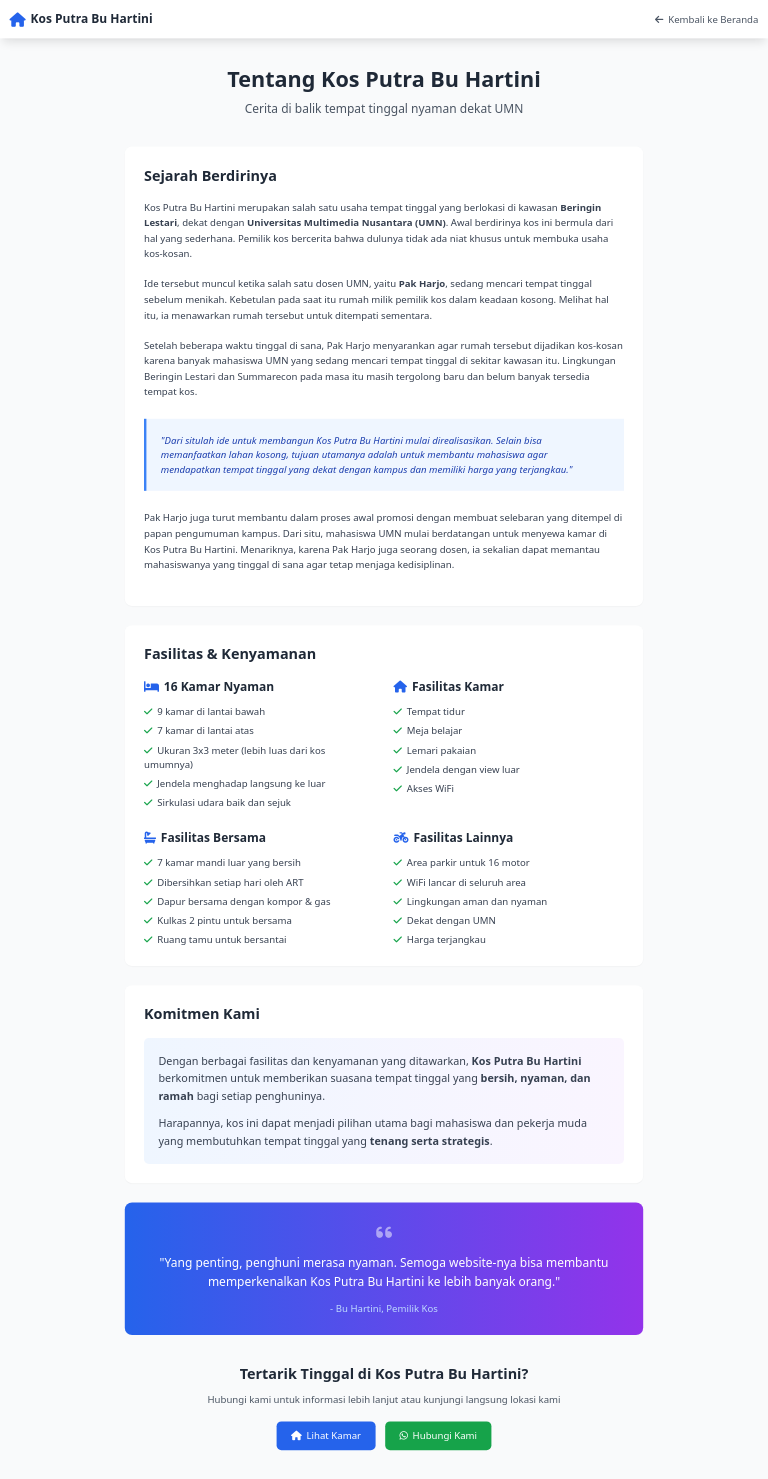
Repository: elikogoya12345-a11y/kost-app-new
Page: http://localhost/about
The author's editor kept a copy of each file at every save. The page is drawn from the files as they stood at one save, then again after the next save.
The browser window is 1280 px wide. The pictures show the whole page, at 60% of full size.
Some web libraries are served in a nearby version. The page is served by the project's Node server (app.js). Other server files are loaded and not shown.

Above is the page before, as saved 2025-12-13 23:57:57.

### views/about.ejs
<!DOCTYPE html>
<html lang="id">
<head>
    <meta charset="UTF-8">
    <meta name="viewport" content="width=device-width, initial-scale=1.0">
    <title>Tentang Kami - Kos Putra Bu Hartini</title>
    <link rel="icon" type="image/x-icon" href="/favicon.ico">
    <script src="https://cdn.tailwindcss.com"></script>
    <link rel="stylesheet" href="https://cdnjs.cloudflare.com/ajax/libs/font-awesome/6.0.0/css/all.min.css">
</head>
<body class="bg-gray-50">
    <!-- Navigation -->
    <nav class="bg-white shadow-lg sticky top-0 z-50">
        <div class="max-w-7xl mx-auto px-4">
            <div class="flex justify-between items-center h-16">
                <div class="flex items-center space-x-2">
                    <i class="fas fa-home text-2xl text-blue-600"></i>
                    <span class="text-xl font-bold text-gray-800">Kos Putra Bu Hartini</span>
                </div>
                <div class="flex items-center space-x-4">
                    <a href="/" class="text-gray-600 hover:text-blue-600 transition">
                        <i class="fas fa-arrow-left mr-2"></i>Kembali ke Beranda
                    </a>
                </div>
            </div>
        </div>
    </nav>

    <div class="max-w-4xl mx-auto px-4 py-12">
        <!-- Header -->
        <div class="text-center mb-12">
            <h1 class="text-4xl font-bold text-gray-800 mb-4">Tentang Kos Putra Bu Hartini</h1>
            <p class="text-xl text-gray-600">Cerita di balik tempat tinggal nyaman dekat UMN</p>
        </div>

        <!-- Story Content -->
        <div class="bg-white rounded-xl shadow-sm p-8 mb-8">
            <div class="prose prose-lg max-w-none">
                <h2 class="text-2xl font-bold text-gray-800 mb-6">Sejarah Berdirinya</h2>

                <p class="text-gray-700 mb-6 leading-relaxed">
                    Kos Putra Bu Hartini merupakan salah satu usaha tempat tinggal yang berlokasi di kawasan <strong>Beringin Lestari</strong>,
                    dekat dengan <strong>Universitas Multimedia Nusantara (UMN)</strong>. Awal berdirinya kos ini bermula dari hal yang sederhana.
                    Pemilik kos bercerita bahwa dulunya tidak ada niat khusus untuk membuka usaha kos-kosan.
                </p>

                <p class="text-gray-700 mb-6 leading-relaxed">
                    Ide tersebut muncul ketika salah satu dosen UMN, yaitu <strong>Pak Harjo</strong>, sedang mencari tempat tinggal
                    sebelum menikah. Kebetulan pada saat itu rumah milik pemilik kos dalam keadaan kosong. Melihat hal itu,
                    ia menawarkan rumah tersebut untuk ditempati sementara.
                </p>

                <p class="text-gray-700 mb-6 leading-relaxed">
                    Setelah beberapa waktu tinggal di sana, Pak Harjo menyarankan agar rumah tersebut dijadikan kos-kosan
                    karena banyak mahasiswa UMN yang sedang mencari tempat tinggal di sekitar kawasan itu. Lingkungan Beringin Lestari
                    dan Summarecon pada masa itu masih tergolong baru dan belum banyak tersedia tempat kos.
                </p>

                <div class="bg-blue-50 border-l-4 border-blue-500 p-6 my-8">
                    <p class="text-blue-800 italic">
                        "Dari situlah ide untuk membangun Kos Putra Bu Hartini mulai direalisasikan. Selain bisa memanfaatkan
                        lahan kosong, tujuan utamanya adalah untuk membantu mahasiswa agar mendapatkan tempat tinggal yang
                        dekat dengan kampus dan memiliki harga yang terjangkau."
                    </p>
                </div>

                <p class="text-gray-700 mb-6 leading-relaxed">
                    Pak Harjo juga turut membantu dalam proses awal promosi dengan membuat selebaran yang ditempel di papan
                    pengumuman kampus. Dari situ, mahasiswa UMN mulai berdatangan untuk menyewa kamar di Kos Putra Bu Hartini.
                    Menariknya, karena Pak Harjo juga seorang dosen, ia sekalian dapat memantau mahasiswanya yang tinggal di sana
                    agar tetap menjaga kedisiplinan.
                </p>
            </div>
        </div>

        <!-- Facilities Section -->
        <div class="bg-white rounded-xl shadow-sm p-8 mb-8">
            <h2 class="text-2xl font-bold text-gray-800 mb-6">Fasilitas & Kenyamanan</h2>

            <div class="grid grid-cols-1 md:grid-cols-2 gap-8 mb-8">
                <div>
                    <h3 class="text-xl font-semibold text-gray-800 mb-4">
                        <i class="fas fa-bed text-blue-600 mr-2"></i>16 Kamar Nyaman
                    </h3>
                    <ul class="text-gray-700 space-y-2">
                        <li><i class="fas fa-check text-green-600 mr-2"></i>9 kamar di lantai bawah</li>
                        <li><i class="fas fa-check text-green-600 mr-2"></i>7 kamar di lantai atas</li>
                        <li><i class="fas fa-check text-green-600 mr-2"></i>Ukuran 3x3 meter (lebih luas dari kos umumnya)</li>
                        <li><i class="fas fa-check text-green-600 mr-2"></i>Jendela menghadap langsung ke luar</li>
                        <li><i class="fas fa-check text-green-600 mr-2"></i>Sirkulasi udara baik dan sejuk</li>
                    </ul>
                </div>

                <div>
                    <h3 class="text-xl font-semibold text-gray-800 mb-4">
                        <i class="fas fa-home text-blue-600 mr-2"></i>Fasilitas Kamar
                    </h3>
                    <ul class="text-gray-700 space-y-2">
                        <li><i class="fas fa-check text-green-600 mr-2"></i>Tempat tidur</li>
                        <li><i class="fas fa-check text-green-600 mr-2"></i>Meja belajar</li>
                        <li><i class="fas fa-check text-green-600 mr-2"></i>Lemari pakaian</li>
                        <li><i class="fas fa-check text-green-600 mr-2"></i>Jendela dengan view luar</li>
                        <li><i class="fas fa-check text-green-600 mr-2"></i>Akses WiFi</li>
                    </ul>
                </div>
            </div>

            <div class="grid grid-cols-1 md:grid-cols-2 gap-8">
                <div>
                    <h3 class="text-xl font-semibold text-gray-800 mb-4">
                        <i class="fas fa-bath text-blue-600 mr-2"></i>Fasilitas Bersama
                    </h3>
                    <ul class="text-gray-700 space-y-2">
                        <li><i class="fas fa-check text-green-600 mr-2"></i>7 kamar mandi luar yang bersih</li>
                        <li><i class="fas fa-check text-green-600 mr-2"></i>Dibersihkan setiap hari oleh ART</li>
                        <li><i class="fas fa-check text-green-600 mr-2"></i>Dapur bersama dengan kompor & gas</li>
                        <li><i class="fas fa-check text-green-600 mr-2"></i>Kulkas 2 pintu untuk bersama</li>
                        <li><i class="fas fa-check text-green-600 mr-2"></i>Ruang tamu untuk bersantai</li>
                    </ul>
                </div>

                <div>
                    <h3 class="text-xl font-semibold text-gray-800 mb-4">
                        <i class="fas fa-motorcycle text-blue-600 mr-2"></i>Fasilitas Lainnya
                    </h3>
                    <ul class="text-gray-700 space-y-2">
                        <li><i class="fas fa-check text-green-600 mr-2"></i>Area parkir untuk 16 motor</li>
                        <li><i class="fas fa-check text-green-600 mr-2"></i>WiFi lancar di seluruh area</li>
                        <li><i class="fas fa-check text-green-600 mr-2"></i>Lingkungan aman dan nyaman</li>
                        <li><i class="fas fa-check text-green-600 mr-2"></i>Dekat dengan UMN</li>
                        <li><i class="fas fa-check text-green-600 mr-2"></i>Harga terjangkau</li>
                    </ul>
                </div>
            </div>
        </div>

        <!-- Vision & Mission -->
        <div class="bg-white rounded-xl shadow-sm p-8 mb-8">
            <h2 class="text-2xl font-bold text-gray-800 mb-6">Komitmen Kami</h2>

            <div class="bg-gradient-to-r from-blue-50 to-purple-50 rounded-lg p-6">
                <p class="text-gray-700 text-lg leading-relaxed mb-4">
                    Dengan berbagai fasilitas dan kenyamanan yang ditawarkan, <strong>Kos Putra Bu Hartini</strong>
                    berkomitmen untuk memberikan suasana tempat tinggal yang <strong>bersih, nyaman, dan ramah</strong>
                    bagi setiap penghuninya.
                </p>

                <p class="text-gray-700 text-lg leading-relaxed">
                    Harapannya, kos ini dapat menjadi pilihan utama bagi mahasiswa dan pekerja muda yang membutuhkan
                    tempat tinggal yang <strong>tenang serta strategis</strong>.
                </p>
            </div>
        </div>

        <!-- Owner Message -->
        <div class="bg-gradient-to-r from-blue-600 to-purple-600 rounded-xl p-8 text-white text-center">
            <i class="fas fa-quote-left text-3xl mb-4 opacity-50"></i>
            <p class="text-xl mb-4 leading-relaxed">
                "Yang penting, penghuni merasa nyaman. Semoga website-nya bisa membantu memperkenalkan
                Kos Putra Bu Hartini ke lebih banyak orang."
            </p>
            <p class="text-blue-200">- Bu Hartini, Pemilik Kos</p>
        </div>

        <!-- CTA Section -->
        <div class="text-center mt-12">
            <h3 class="text-2xl font-bold text-gray-800 mb-4">Tertarik Tinggal di Kos Putra Bu Hartini?</h3>
            <p class="text-gray-600 mb-6">Hubungi kami untuk informasi lebih lanjut atau kunjungi langsung lokasi kami</p>
            <div class="flex justify-center space-x-4">
                <a href="/" class="bg-blue-600 text-white px-6 py-3 rounded-lg hover:bg-blue-700 transition">
                    <i class="fas fa-home mr-2"></i>Lihat Kamar
                </a>
                <a href="https://wa.me/6281234567890" class="bg-green-600 text-white px-6 py-3 rounded-lg hover:bg-green-700 transition">
                    <i class="fab fa-whatsapp mr-2"></i>Hubungi Kami
                </a>
            </div>
        </div>
    </div>
</body>
</html>

### app.js
const express = require('express');
const session = require('express-session');
const path = require('path');
require('dotenv').config();

const app = express();
const PORT = process.env.PORT || 3000;

// Middleware
app.use(express.urlencoded({ extended: true }));
app.use(express.json());
app.use(express.static('public'));
app.use('/images', express.static('images'));

// Handle favicon
app.get('/favicon.ico', (req, res) => {
    res.status(204).end();
});

// CSP Headers
app.use((req, res, next) => {
    res.setHeader('Content-Security-Policy', "default-src 'self' 'unsafe-inline' 'unsafe-eval' https://cdn.tailwindcss.com https://cdnjs.cloudflare.com; img-src 'self' data:; font-src 'self' https://cdnjs.cloudflare.com;");
    next();
});
app.use(session({
    secret: process.env.SESSION_SECRET || 'kost-secret',
    resave: false,
    saveUninitialized: false,
    cookie: { secure: false }
}));

// View engine
app.set('view engine', 'ejs');
app.set('views', path.join(__dirname, 'views'));

// Routes
app.use('/', require('./routes/home'));
app.use('/auth', require('./routes/auth'));
app.use('/admin', require('./routes/admin'));
app.use('/user', require('./routes/user'));
app.use('/guest', require('./routes/guest'));

// 404 handler
app.use((req, res) => {
    res.status(404).render('error/404');
});

app.listen(PORT, () => {
    console.log(`Server running on http://localhost:${PORT}`);
});

### routes/home.js
const express = require('express');
const router = express.Router();
const db = require('../models/db');

router.get('/', async (req, res) => {
    try {
        const [roomTypes] = await db.execute(`
            SELECT rt.*, COUNT(r.id) as total_rooms,
            COUNT(CASE WHEN r.status = 'available' THEN 1 END) as available_rooms
            FROM room_types rt
            LEFT JOIN rooms r ON rt.id = r.room_type_id
            GROUP BY rt.id
            LIMIT 6
        `);

        res.render('home/index', {
            roomTypes,
            user: req.session.user || null
        });
    } catch (error) {
        console.error(error);
        res.render('home/index', {
            roomTypes: [],
            user: req.session.user || null
        });
    }
});

router.get('/about', (req, res) => {
    res.render('about');
});

module.exports = router;

After the next save:
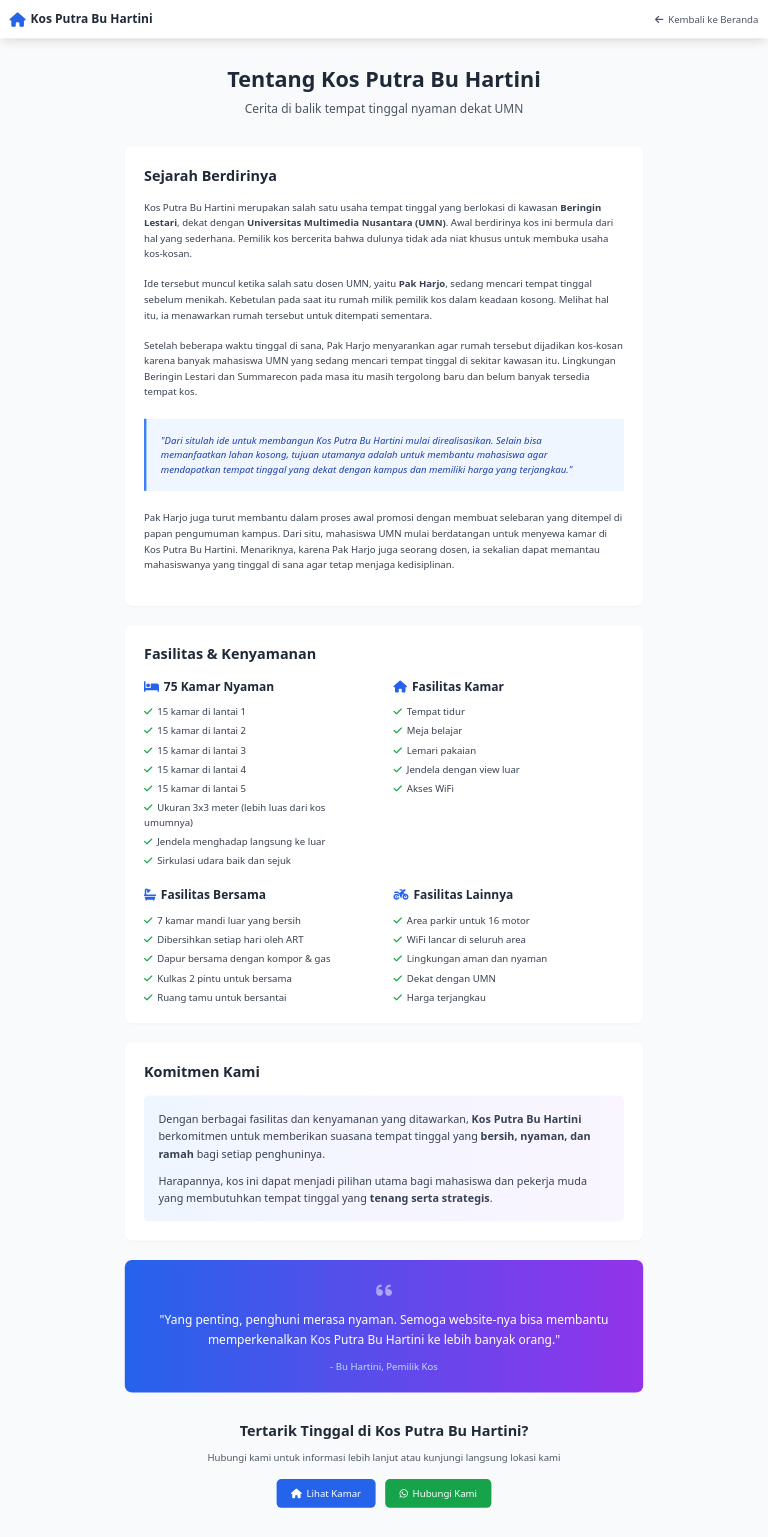
Saved 5 min 45 s later.
--- a/views/about.ejs
+++ b/views/about.ejs
@@ -80,11 +80,14 @@
             <div class="grid grid-cols-1 md:grid-cols-2 gap-8 mb-8">
                 <div>
                     <h3 class="text-xl font-semibold text-gray-800 mb-4">
-                        <i class="fas fa-bed text-blue-600 mr-2"></i>16 Kamar Nyaman
+                        <i class="fas fa-bed text-blue-600 mr-2"></i>75 Kamar Nyaman
                     </h3>
                     <ul class="text-gray-700 space-y-2">
-                        <li><i class="fas fa-check text-green-600 mr-2"></i>9 kamar di lantai bawah</li>
-                        <li><i class="fas fa-check text-green-600 mr-2"></i>7 kamar di lantai atas</li>
+                        <li><i class="fas fa-check text-green-600 mr-2"></i>15 kamar di lantai 1</li>
+                        <li><i class="fas fa-check text-green-600 mr-2"></i>15 kamar di lantai 2</li>
+                        <li><i class="fas fa-check text-green-600 mr-2"></i>15 kamar di lantai 3</li>
+                        <li><i class="fas fa-check text-green-600 mr-2"></i>15 kamar di lantai 4</li>
+                        <li><i class="fas fa-check text-green-600 mr-2"></i>15 kamar di lantai 5</li>
                         <li><i class="fas fa-check text-green-600 mr-2"></i>Ukuran 3x3 meter (lebih luas dari kos umumnya)</li>
                         <li><i class="fas fa-check text-green-600 mr-2"></i>Jendela menghadap langsung ke luar</li>
                         <li><i class="fas fa-check text-green-600 mr-2"></i>Sirkulasi udara baik dan sejuk</li>
